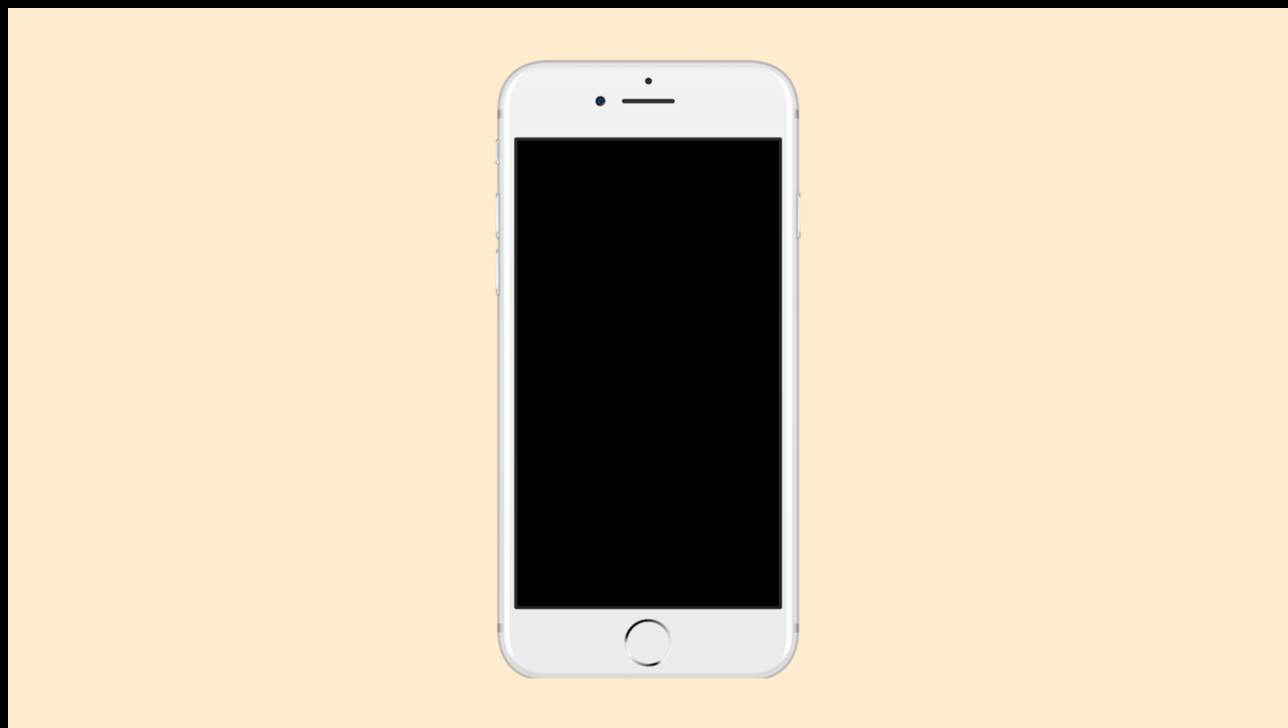
Repository: DorivalJunior14/Projeto-social
Page: index.html
The author's editor kept a copy of each file at every save. The page is drawn from the files as they stood at one save, then again after the next save.
The browser window is 1280 px wide. The page is 1288 px wide, so the pictures cover 1288 px, including what lies to the right of the window. The pictures show the whole page.

Above is the page before, as saved 2022-06-24 14:10:10.

### index.html
<!DOCTYPE html>
<html lang="pt-br">
<head>
    <meta charset="UTF-8">
    <meta http-equiv="X-UA-Compatible" content="IE=edge">
    <meta name="viewport" content="width=device-width, initial-scale=1.0">
    <link rel="shortcut icon" href="favicon.ico" type="image/x-icon">
    <link rel="stylesheet" href="estilos/style.css">
    <title>Projeto redes sociais</title>

</head>
<body>
  <main>
    <section id="telefone">
    </section>
    <section id="redes-sociais">
    </section>
  </main>
</body>
</html>

### estilos/style.css
@charset "UTF-8"

*{
    margin: 0px;
    padding: 0px;
    font-family: Arial, Helvetica, sans-serif;
}

html, body {
    height: 100vh;
    width: 100vw;
    background-color: black;

}

main {
    position: relative;
    height: 100vh;
    background-color: blanchedalmond;
}

section#telefone {
    position: absolute;
    top: 50%;
    left: 50%;
    transform: translate(-50%,-50%);
    height: 621px;
    width: 311px;
    background-color: blue;
    background: url('../imagens/frame-iphone.png');
    transform: translate(-50%,-50%);
    -webkit-transform: translate(-50%,-50%);
    -moz-transform: translate(-50%,-50%);
    -ms-transform: translate(-50%,-50%);
    -o-transform: translate(-50%,-50%);
}

After the next save:
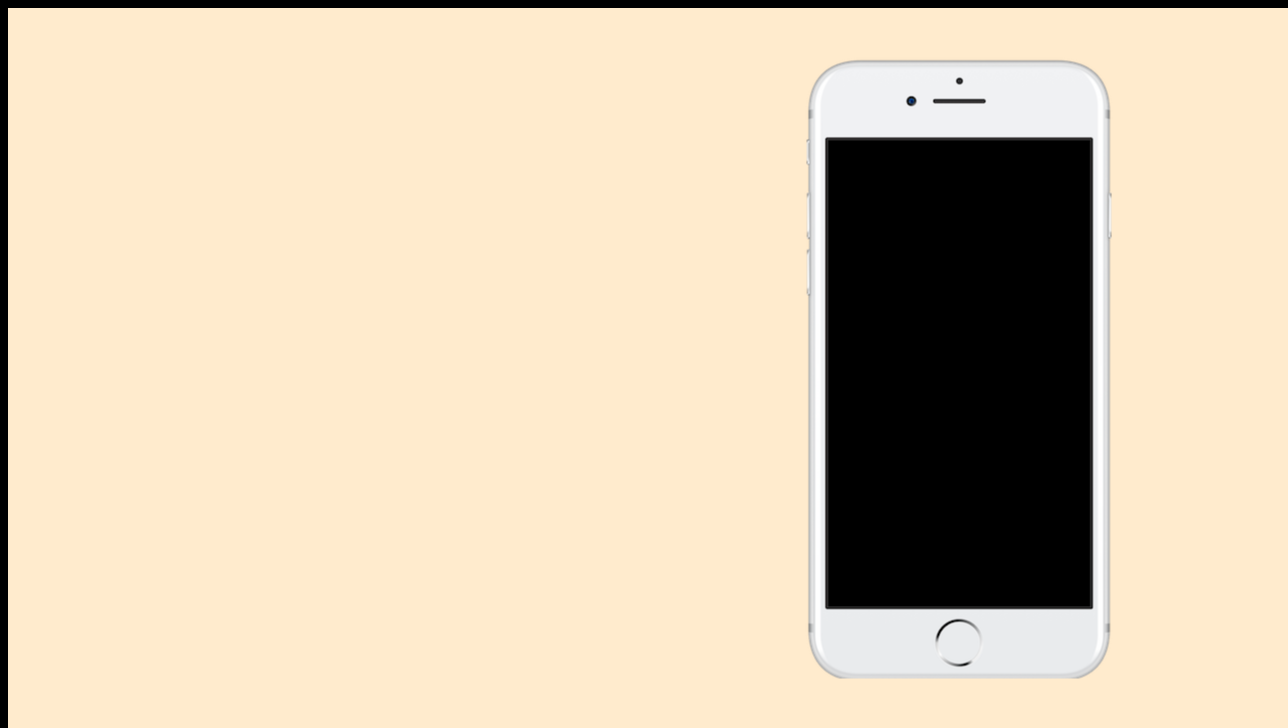
Saved 5 min 11 s later.
--- a/estilos/style.css
+++ b/estilos/style.css
@@ -28,9 +28,9 @@
     width: 311px;
     background-color: blue;
     background: url('../imagens/frame-iphone.png');
-    transform: translate(-50%,-50%);
-    -webkit-transform: translate(-50%,-50%);
-    -moz-transform: translate(-50%,-50%);
-    -ms-transform: translate(-50%,-50%);
-    -o-transform: translate(-50%,-50%);
+    transform: translate(50%,-50%);
+    -webkit-transform: translate(50%,-50%);
+    -moz-transform: translate(50%,-50%);
+    -ms-transform: translate(50%,-50%);
+    -o-transform: translate(50%,-50%);
 }

After the save that followed:
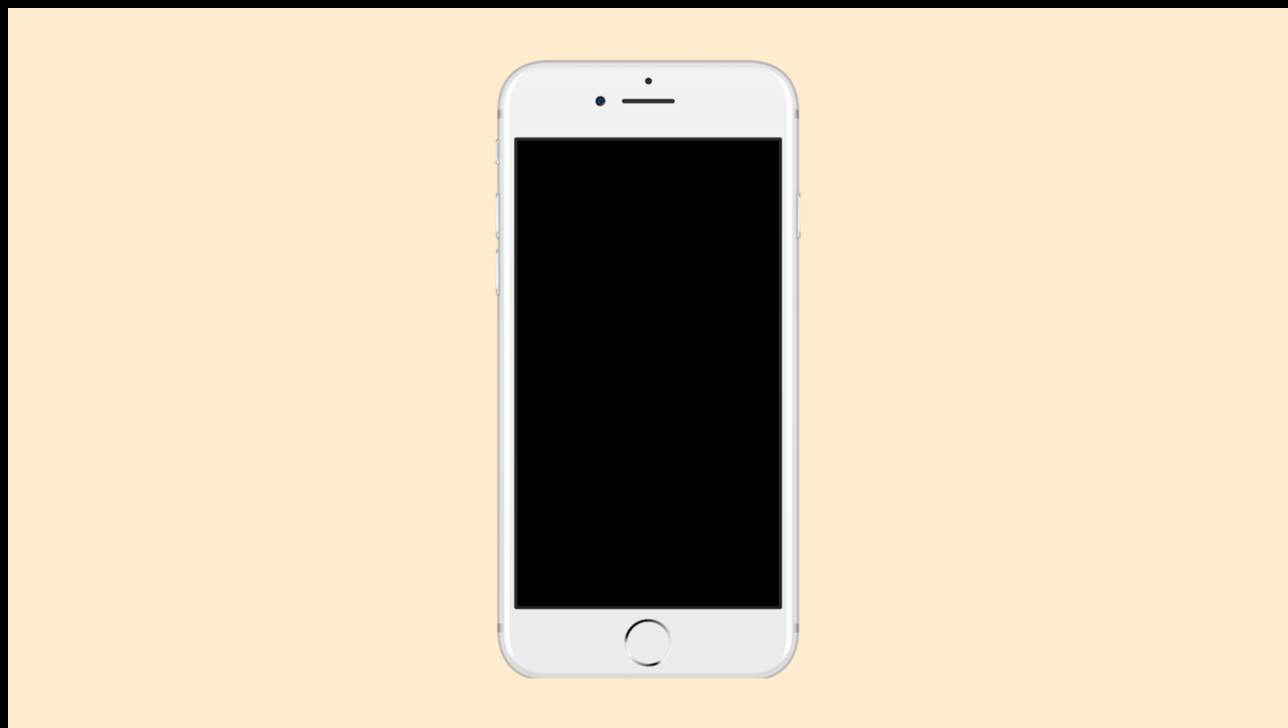
Saved 6 s later.
--- a/estilos/style.css
+++ b/estilos/style.css
@@ -28,9 +28,9 @@
     width: 311px;
     background-color: blue;
     background: url('../imagens/frame-iphone.png');
-    transform: translate(50%,-50%);
-    -webkit-transform: translate(50%,-50%);
-    -moz-transform: translate(50%,-50%);
-    -ms-transform: translate(50%,-50%);
-    -o-transform: translate(50%,-50%);
+    transform: translate(-50%,-50%);
+    -webkit-transform: translate(-50%,-50%);
+    -moz-transform: translate(-50%,-50%);
+    -ms-transform: translate(-50%,-50%);
+    -o-transform: translate(-50%,-50%);
 }
